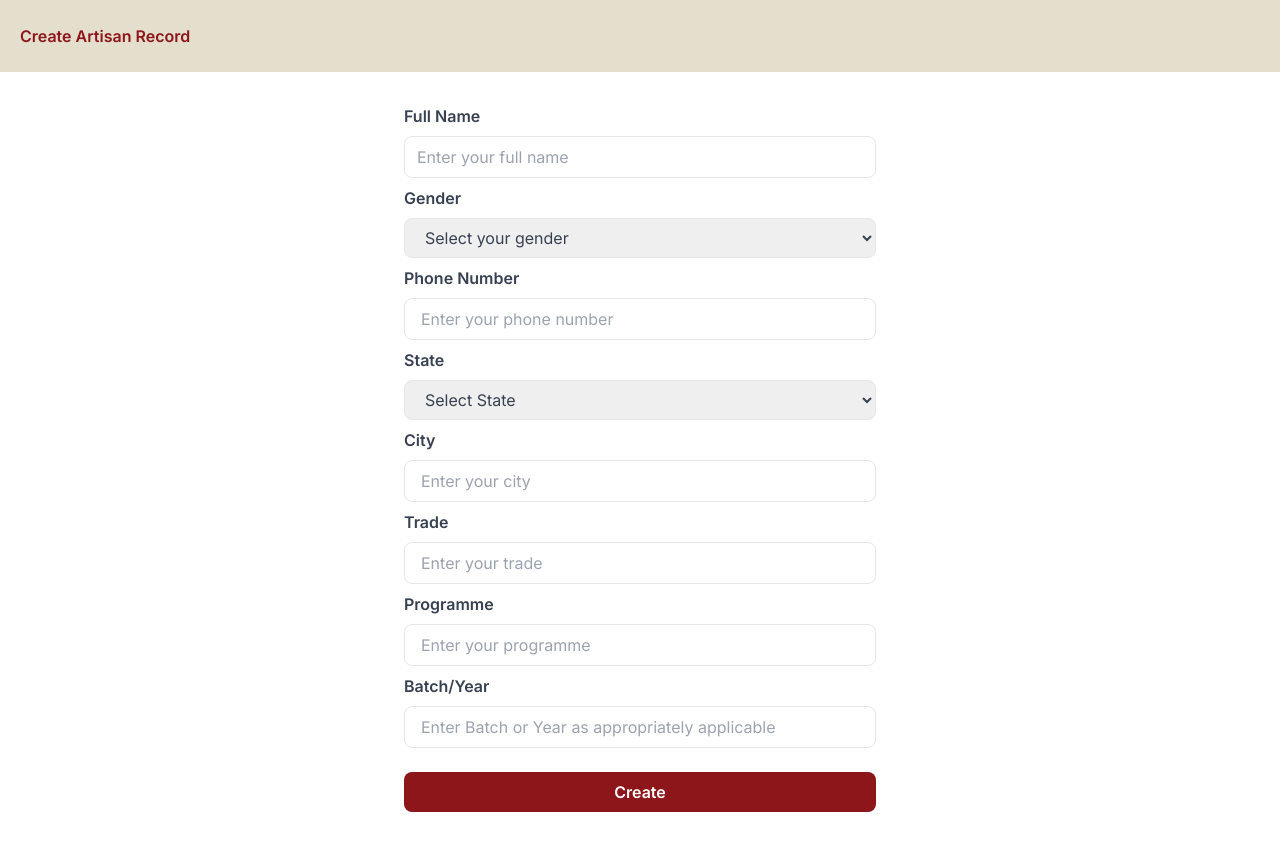
Repository: marcusdashe/artisanindex_frontend
Page: /components/CreateArtisan
The author's editor kept a copy of each file at every save. The page is drawn from the files as they stood at one save, then again after the next save.
The browser window is 1280 px wide. The pictures show the whole page.
The project was rebuilt for these pictures with package versions that can differ from the ones it lists, and the page was loaded fresh each time. The framework's server and built-in components were replaced by stand-ins that run in the browser. Also part of the build but not shown: next.config.js.

Above is the page before, as saved 2023-03-13 14:49:48.

After the next save:
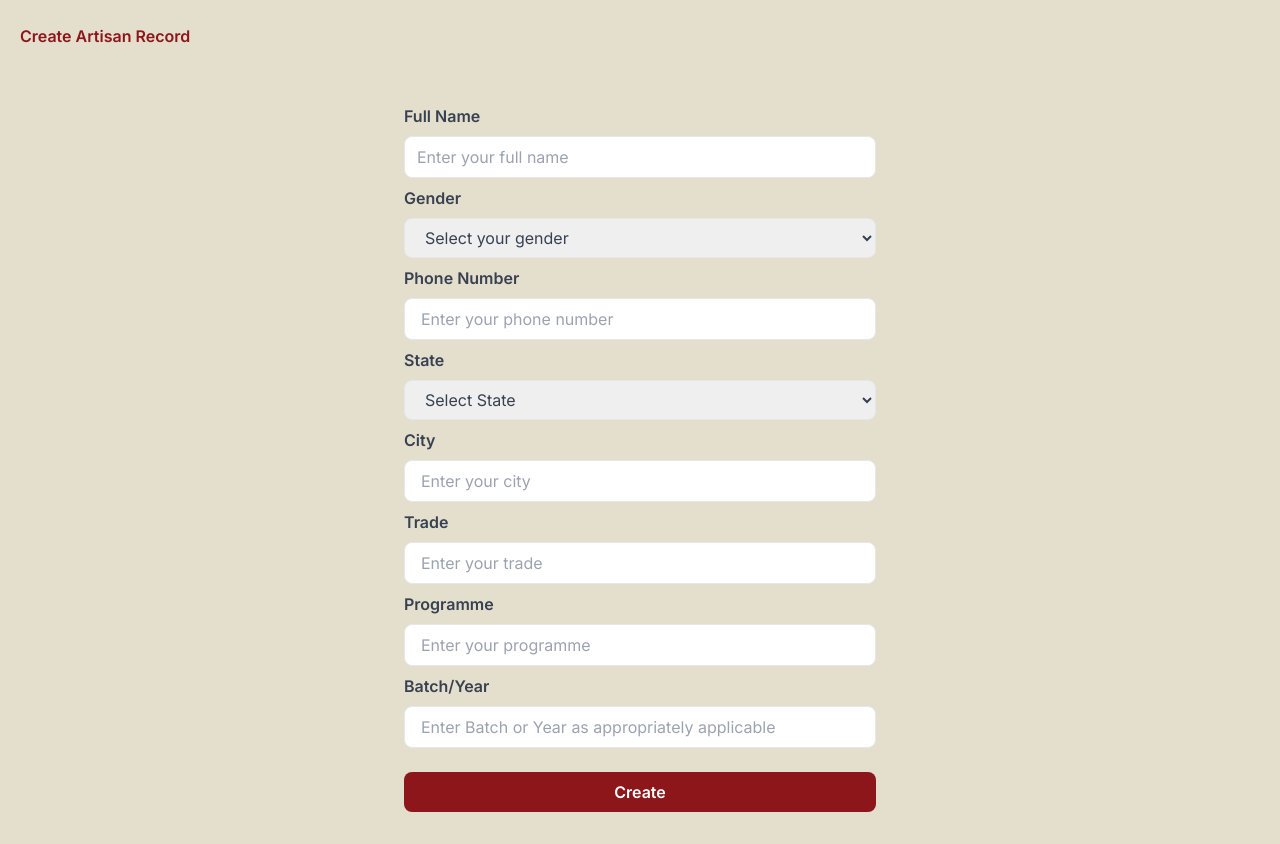
Saved 69 s later.
--- a/pages/components/CreateArtisan.js
+++ b/pages/components/CreateArtisan.js
@@ -40,7 +40,7 @@
       <div className="w-full h-[10vh] bg-[#e4decd] font-bold flex items-center content-center justify-start text-[#8D161A] p-5">
         Create Artisan Record
       </div>
-      <div className="flex-1 bg-white flex items-center justify-center">
+      <div className="flex-1 bg-[#e4decd] flex items-center justify-center">
         <div className="max-w-lg w-full px-5 py-8">
           <form onSubmit={handleSubmit} className="grid grid-cols-1 gap-2">
             <label htmlFor="fullName" className="text-gray-700 font-bold">

After the save that followed:
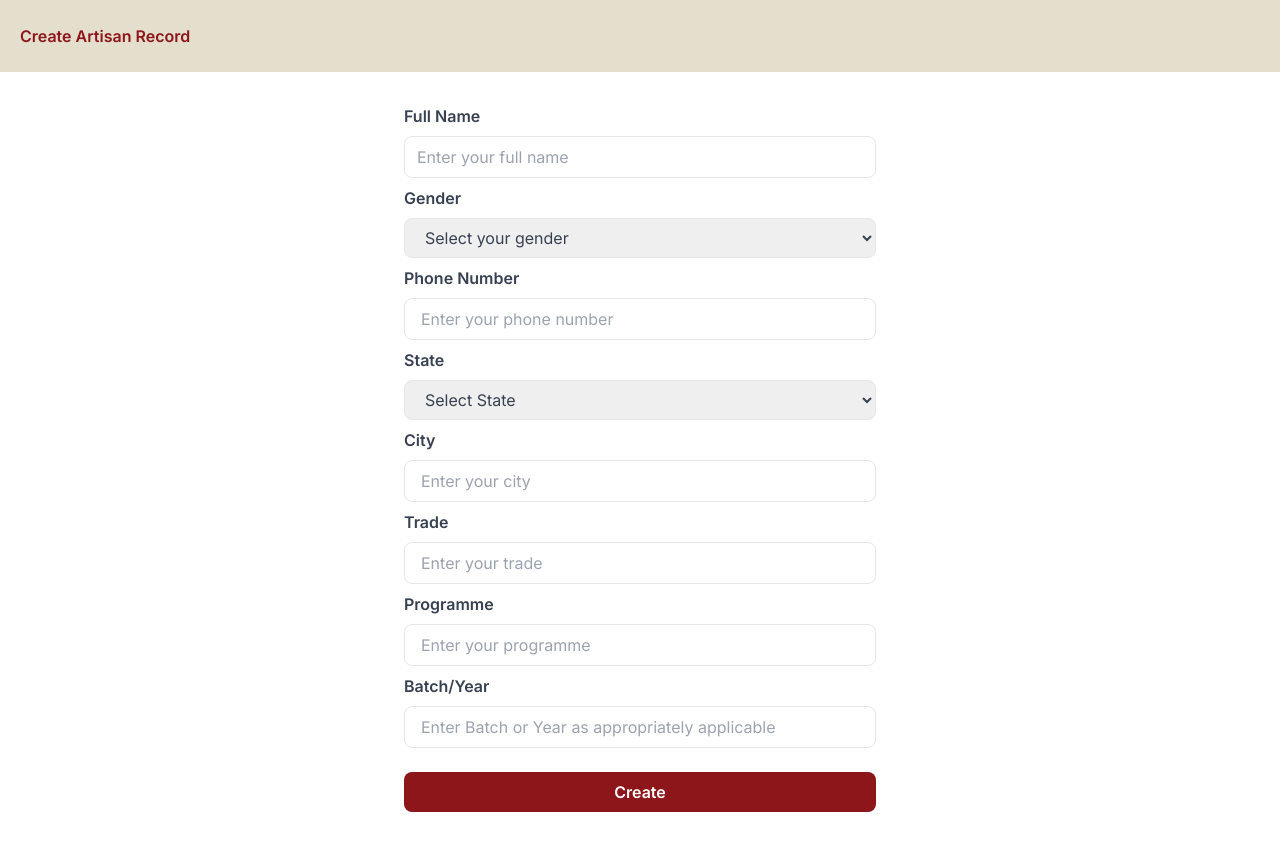
Saved 12 s later.
--- a/pages/components/CreateArtisan.js
+++ b/pages/components/CreateArtisan.js
@@ -40,7 +40,7 @@
       <div className="w-full h-[10vh] bg-[#e4decd] font-bold flex items-center content-center justify-start text-[#8D161A] p-5">
         Create Artisan Record
       </div>
-      <div className="flex-1 bg-[#e4decd] flex items-center justify-center">
+      <div className="flex-1 flex items-center justify-center">
         <div className="max-w-lg w-full px-5 py-8">
           <form onSubmit={handleSubmit} className="grid grid-cols-1 gap-2">
             <label htmlFor="fullName" className="text-gray-700 font-bold">
